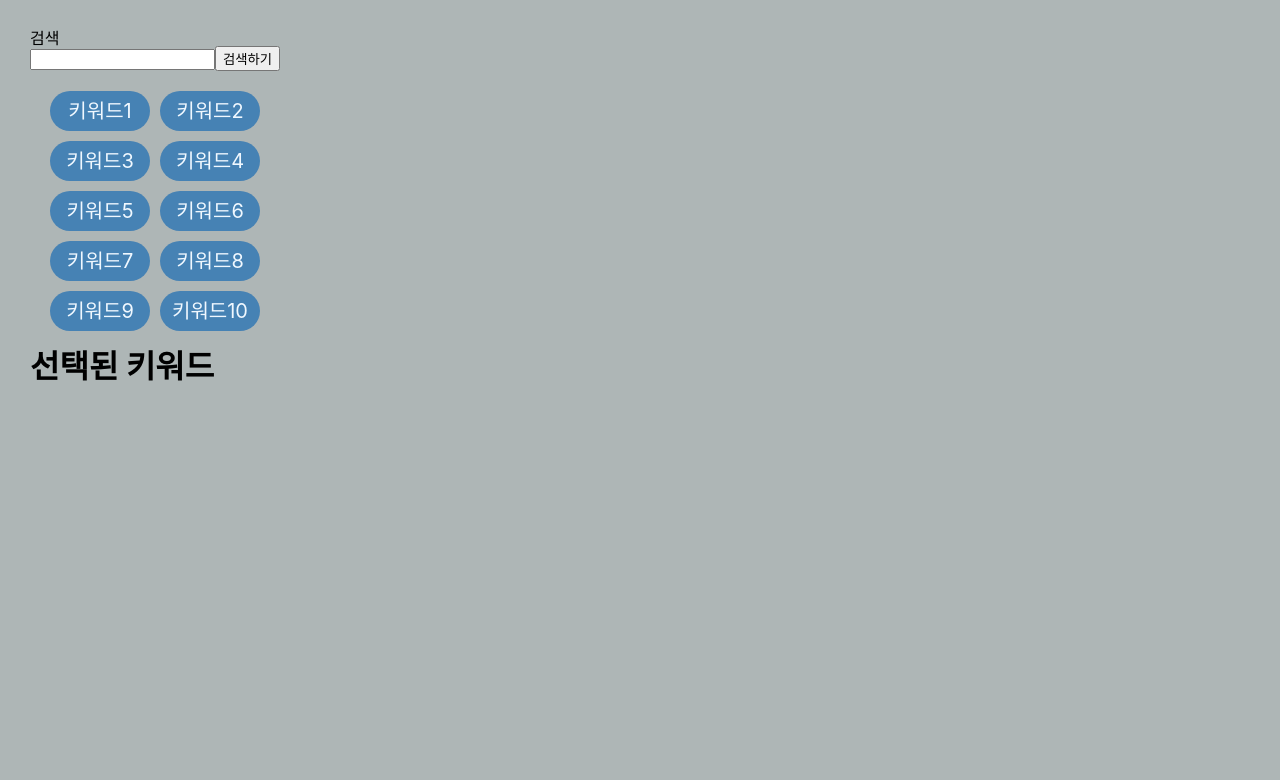
Repository: sunoo-lee/Star-Explore
Page: /
An editor plug-in stored every save of this project. The page is shown before and after the next save, followed by the edit.
The browser window is 1280 px wide. The pictures show the whole page.
The project was rebuilt for these pictures with package versions that can differ from the ones it lists, and the page was loaded fresh each time.

Above is the page before, as saved 2022-10-14 04:38:46.

### src/index.js
import React from "react";
import ReactDOM from "react-dom/client";
import "./reset.css";
import "./Style.css";
import App from "./components/App";
// import reportWebVitals from "./reportWebVitals";

const root = ReactDOM.createRoot(document.getElementById("root"));
root.render(
  <React.StrictMode>
    <App />
  </React.StrictMode>
);

// reportWebVitals();

### src/Style.css
html,
body,
#root {
  height: 100%;
}

body {
  margin: 0;
  font-family: -apple-system, BlinkMacSystemFont, "Segoe UI", "Roboto", "Oxygen",
    "Ubuntu", "Cantarell", "Fira Sans", "Droid Sans", "Helvetica Neue",
    sans-serif;
  -webkit-font-smoothing: antialiased;
  -moz-osx-font-smoothing: grayscale;
}
.container {
  height: 100%;
}

.nav {
  padding: 30px;
  background-color: rgb(174, 182, 182);
  /* width: 300px; */
  display: flex;
  flex-direction: column;
  height: 100%;
}
h1 {
  font-size: 3rem;
  font-weight: 700;
}
.keyword {
  padding: 20px;
}
.keyword ul {
  display: grid;
  grid-template-columns: 100px 100px;
  gap: 10px;
}
.keyword ul li {
  cursor: pointer;
}
.keyword ul li span {
  display: inline-block;
  font-size: 20px;
  width: 100px;
  height: 40px;
  line-height: 40px;
  text-align: center;
  background-color: lightskyblue;
  border-radius: 25px;
}

.keyword ul li .off {
  background-color: steelblue;
  color: aliceblue;
}
h2 {
  font-size: 2rem;
  font-weight: 700;
}
.selected span {
  display: inline-block;
  font-size: 1.2rem;
  margin: 10px;
}

### src/components/App.js
import AppRouter from "./Router";

function App() {
  return (
    <>
      <AppRouter />
    </>
  );
}

export default App;

### src/components/Router.js
import { HashRouter as Router, Route, Routes } from "react-router-dom";
import Home from "../routes/Home";

const AppRouter = () => {
  return (
    <Router>
      <Routes>
        <Route exact path="/" element={<Home />} />
      </Routes>
    </Router>
  );
};

export default AppRouter;

### src/routes/Home.js
import React, { useState } from "react";

const Home = () => {
  const [select, setSelect] = useState([]);
  const onClick = (event) => {
    const keyword_btn = event.target;
    keyword_btn.className === "off"
      ? (keyword_btn.className = "on")
      : (keyword_btn.className = "off");

    const selected = event.target.innerText;
    if (keyword_btn.className === "on") {
      setSelect([...select, selected]);
    } else if (keyword_btn.className === "off") {
      setSelect(select.filter((key) => key !== selected));
    }
    console.log(select);
  };
  return (
    <div className="container">
      <div className="nav">
        <form>
          <div>검색</div>
          <input type="text" />
          <button>검색하기</button>
        </form>
        <div className="keyword">
          <ul>
            <li>
              <span className="off" onClick={onClick}>
                키워드1
              </span>
            </li>
            <li>
              <span className="off" onClick={onClick}>
                키워드2
              </span>
            </li>
            <li>
              <span className="off" onClick={onClick}>
                키워드3
              </span>
            </li>
            <li>
              <span className="off" onClick={onClick}>
                키워드4
              </span>
            </li>
            <li>
              <span className="off" onClick={onClick}>
                키워드5
              </span>
            </li>
            <li>
              <span className="off" onClick={onClick}>
                키워드6
              </span>
            </li>
            <li>
              <span className="off" onClick={onClick}>
                키워드7
              </span>
            </li>
            <li>
              <span className="off" onClick={onClick}>
                키워드8
              </span>
            </li>
            <li>
              <span className="off" onClick={onClick}>
                키워드9
              </span>
            </li>
            <li>
              <span className="off" onClick={onClick}>
                키워드10
              </span>
            </li>
          </ul>
        </div>
        <h2>선택된 키워드</h2>
        <div className="selected">
          {select.map((key, index) => (
            <span key={index}>{key}</span>
          ))}
        </div>
      </div>
    </div>
  );
};

export default Home;

Loaded but not shown: public/index.html (common file); src/reset.css (common file)

After the next save:
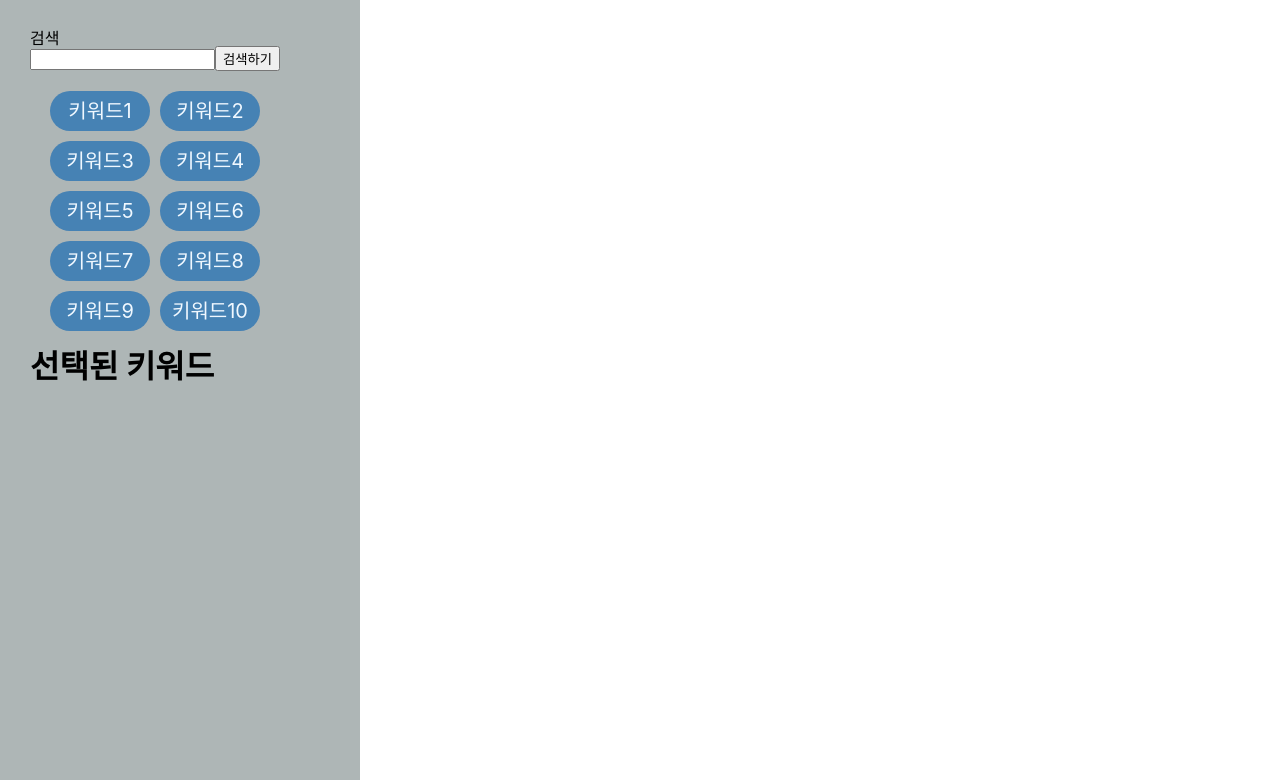
Saved 22 s later.
--- a/src/Style.css
+++ b/src/Style.css
@@ -19,9 +19,7 @@ body {
 .nav {
   padding: 30px;
   background-color: rgb(174, 182, 182);
-  /* width: 300px; */
-  display: flex;
-  flex-direction: column;
+  width: 300px;
   height: 100%;
 }
 h1 {
